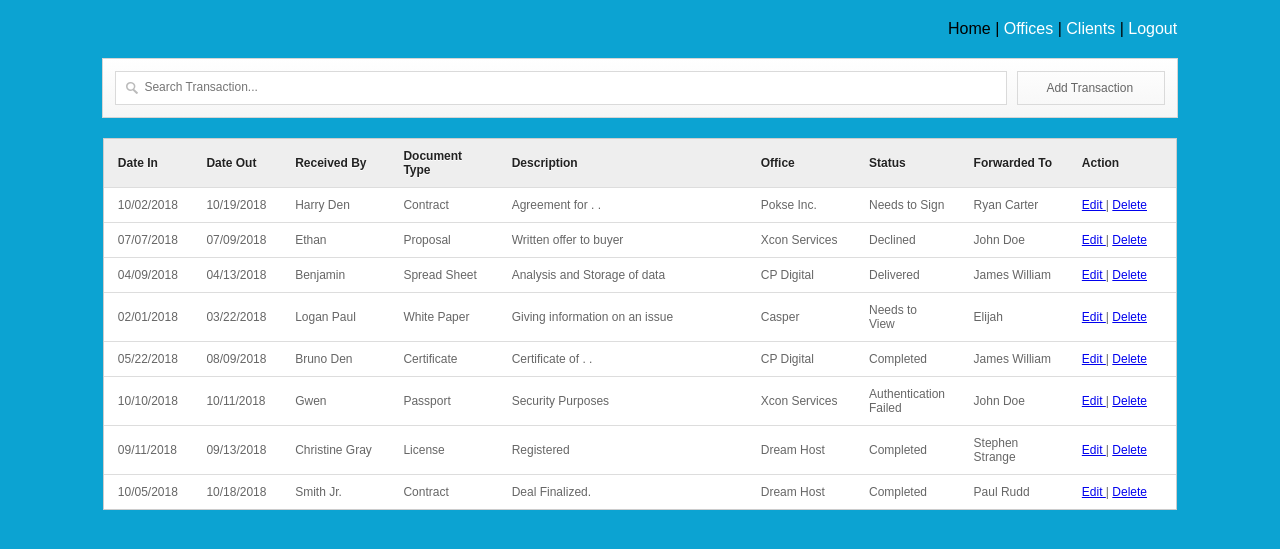
Repository: MrSyntax31/recordmanagement
Page: http://localhost/main/index.php
An editor plug-in stored every save of this project. The page is shown before and after the next save, followed by the edit.
The browser window is 1280 px wide. The pictures show the whole page.
The page is run by PHP 8.4 with error messages shown; the project is at /var/www/html/. The database holds what the project's SQL file puts in it. Queries for data that is not in the repository find no rows.

Above is the page before, as saved 2022-03-03 16:00:31.

After the next save:
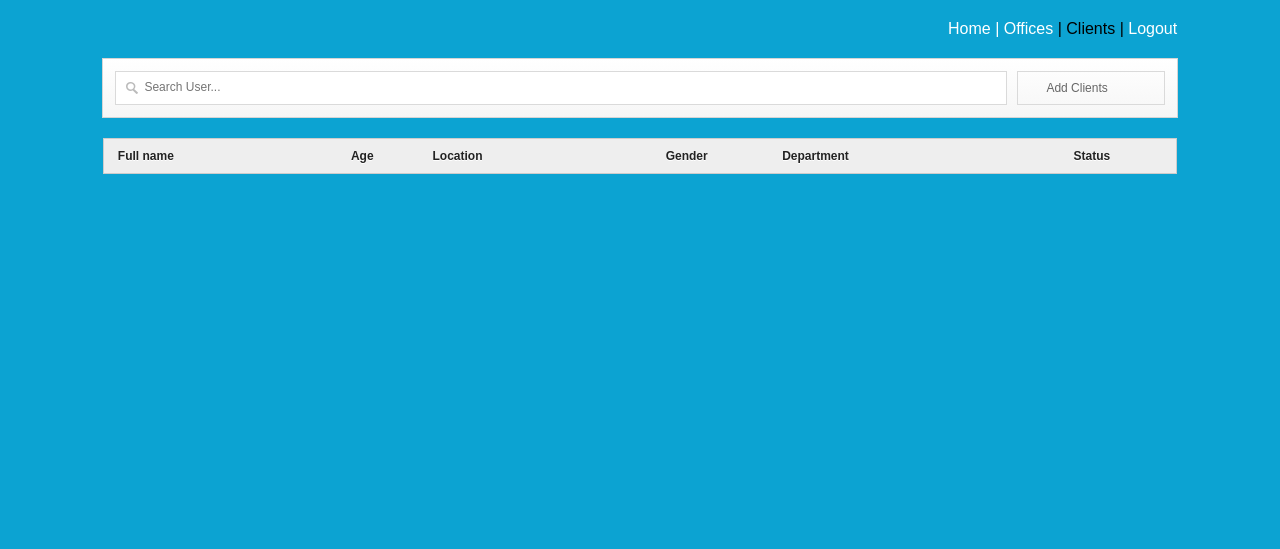
Saved 4 min 2 s later.
--- a/main/index.php
+++ b/main/index.php
@@ -80,43 +80,38 @@ a#add {
       })
     })
   </script>
-<div id="log">Home | <a href="offices.php">Offices</a> | <a href="clients.php">Clients</a> | <a href="../index.php">Logout</a>
+<div id="log"> <a href="index.php">Home | <a href="offices.php">Offices</a> | Clients |  <a href="../index.php">Logout</a>
 </div>
 <div id="formdesign">
-<input type="text" name="filter" value="" id="filter" placeholder="Search Transaction..." autocomplete="off" />
-<a rel="facebox" href="add.php" id="add">Add Transaction</a>
+<input type="text" name="filter" value="" id="filter" placeholder="Search User..." autocomplete="off" />
+<a rel="facebox" href="addUser.php" id="add">Add Clients</a>
 </div>
 <table cellspacing="0" cellpadding="2" id="resultTable">
 <thead>
 	<tr>
-		<th width="5%"> Date In</th>
-		<th width="7%"> Date Out</th>
-		<th width="10%"> Received By </th>
-		<th width="10%"> Document Type </th>
-		<th width="23%"> Description </th>
-		<th width="10%"> Office </th>
-		<th width="5%"> Status </th>
-		<th width="10%"> Forwarded To </th>
-		<th width="10%"> Action </th>
+		<th width="20%"> Full name</th>
+		<th width="7%"> Age</th>
+		<th width="20%"> Location </th>
+		<th width="10%"> Gender </th>
+		<th width="25%"> Department </th>
+		<th width="10%">  Status </th>
 	</tr>
 </thead>
 <tbody>
 	<?php
 		include('connect.php');
-		$result = $db->prepare("SELECT * FROM transaction ORDER BY id DESC");
+		$result = $db->prepare("SELECT * FROM users ORDER BY id DESC");
 		$result->execute();
 		for($i=0; $row = $result->fetch(); $i++){
 	?>
 	<tr class="record">
-		<td><?php echo $row['date']; ?></td>
-		<td><?php echo $row['dateout']; ?></td>
-		<td><?php echo $row['receive_by']; ?></td>
-		<td><?php echo $row['doc_type']; ?></td>
-		<td><?php echo $row['description']; ?></td>
-		<td><?php echo $row['office']; ?></td>
+		<td><?php echo $row['fullname']; ?></td>
+		<td><?php echo $row['age']; ?></td>
+		<td><?php echo $row['location']; ?></td>
+		<td><?php echo $row['gender']; ?></td>
+		<td><?php echo $row['department']; ?></td>
 		<td><?php echo $row['status']; ?></td>
-		<td><?php echo $row['ft']; ?></td>
-		<td><a rel="facebox" href="editform.php?id=<?php echo $row['id']; ?>"> Edit </a> | <a href="#" id="<?php echo $row['id']; ?>" class="delbutton" title="Click To Delete">Delete</a></td>
+		<td><a rel="facebox" href="editUser.php?id=<?php echo $row['id']; ?>"> Edit </a> | <a href="#" id="<?php echo $row['id']; ?>" class="delbutton" title="Click To Delete">Delete</a></td>
 	</tr>
 	<?php
 		}
